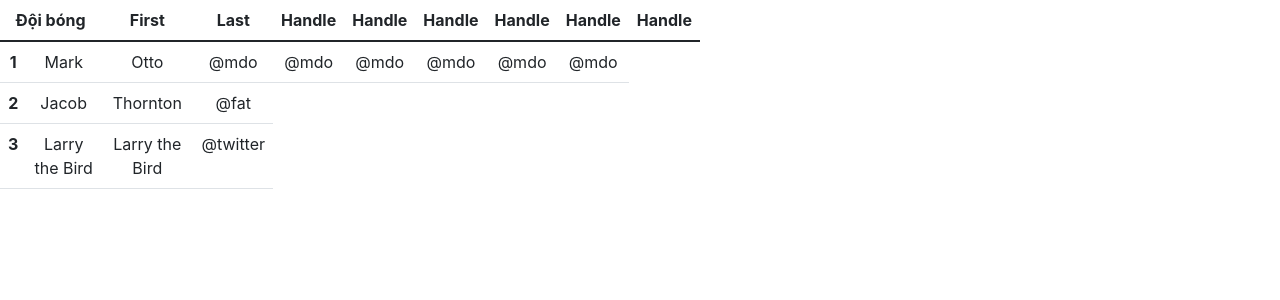
Repository: tuan842001/thulam
Page: /
These files come from the project's save history. The page is drawn as it stood at one moment and after the next save; the edit follows.
The browser window is 1280 px wide. The pictures show the whole page.
The project was rebuilt for these pictures with package versions that can differ from the ones it lists, and the page was loaded fresh each time.

Above is the page before, as saved 2022-01-11 14:42:41.

After the next save:
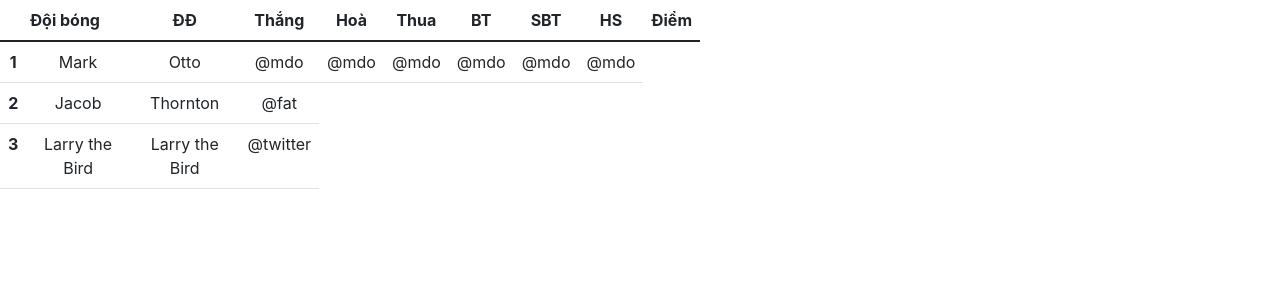
Saved 53 s later.
--- a/src/App.js
+++ b/src/App.js
@@ -9,14 +9,14 @@ function App() {
             <th scope="col" colspan="2">
               Đội bóng
             </th>
-            <th scope="col">First</th>
-            <th scope="col">Last</th>
-            <th scope="col">Handle</th>
-            <th scope="col">Handle</th>
-            <th scope="col">Handle</th>
-            <th scope="col">Handle</th>
-            <th scope="col">Handle</th>
-            <th scope="col">Handle</th>
+            <th scope="col">ĐĐ</th>
+            <th scope="col">Thắng</th>
+            <th scope="col">Hoà</th>
+            <th scope="col">Thua</th>
+            <th scope="col">BT</th>
+            <th scope="col">SBT</th>
+            <th scope="col">HS</th>
+            <th scope="col">Điểm</th>
           </tr>
         </thead>
         <tbody>
